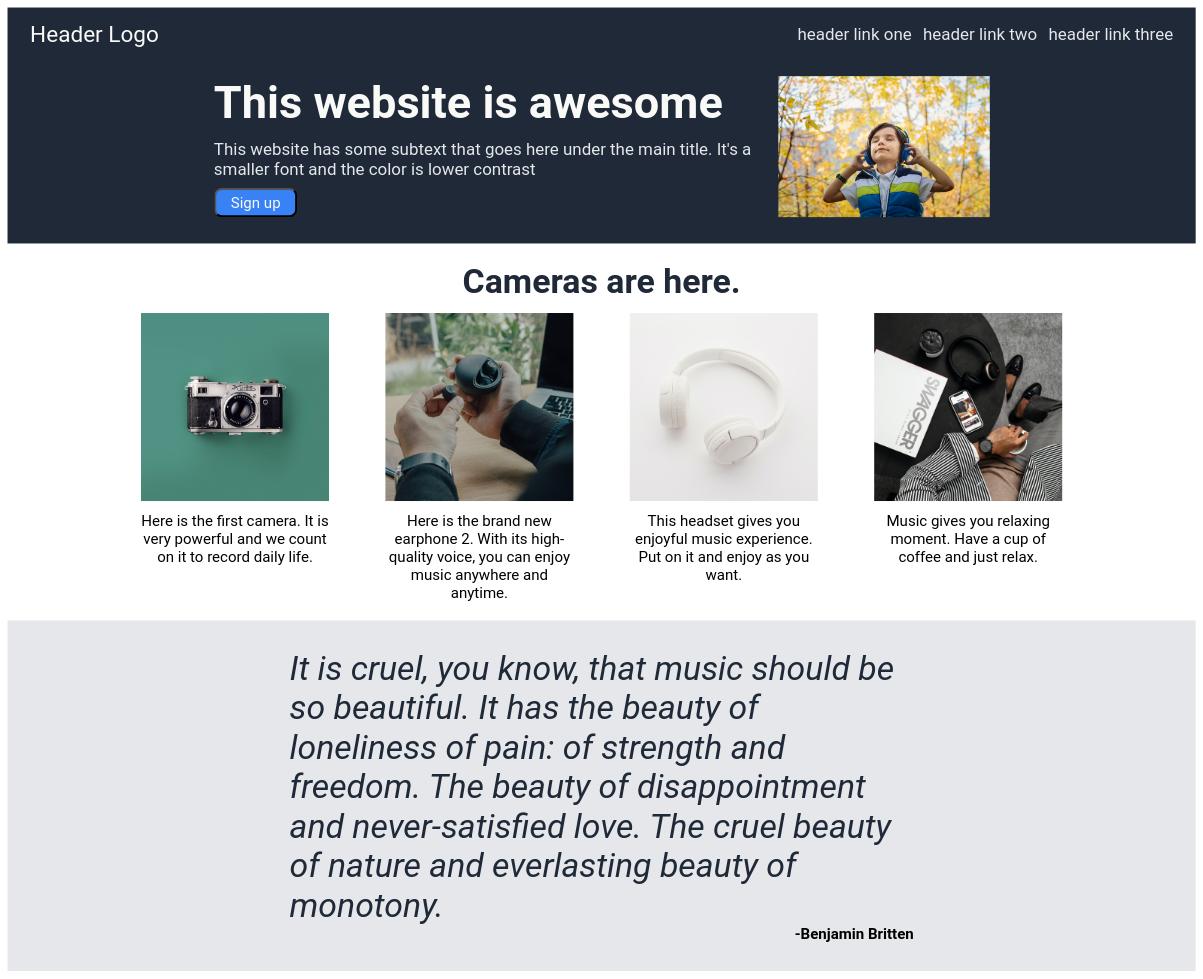
Repository: z1youRA/FirstWebsite
Page: index.html
An editor plug-in stored every save of this project. The page is shown before and after the next save, followed by the edit.
The browser window is 1280 px wide. The pictures show the whole page, at 94% of full size.

Above is the page before, as saved 2021-11-25 18:11:11.

After the next save:
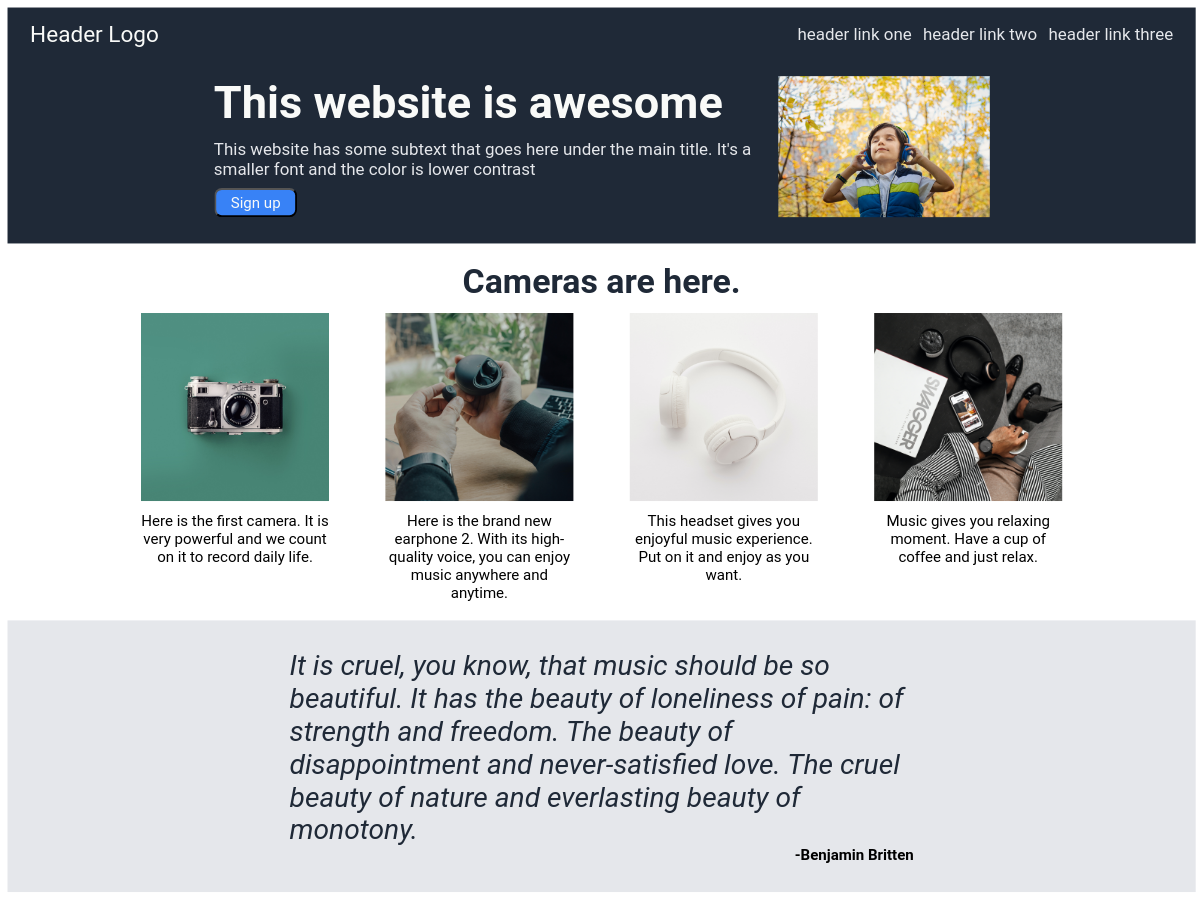
Saved 28 s later.
--- a/styles.css
+++ b/styles.css
@@ -115,7 +115,7 @@ ul {
 }
 
 .quote .words {
-    font-size: 36px;
+    font-size: 30px;
     font-style: italic;
     color: #1f2937;
 }
